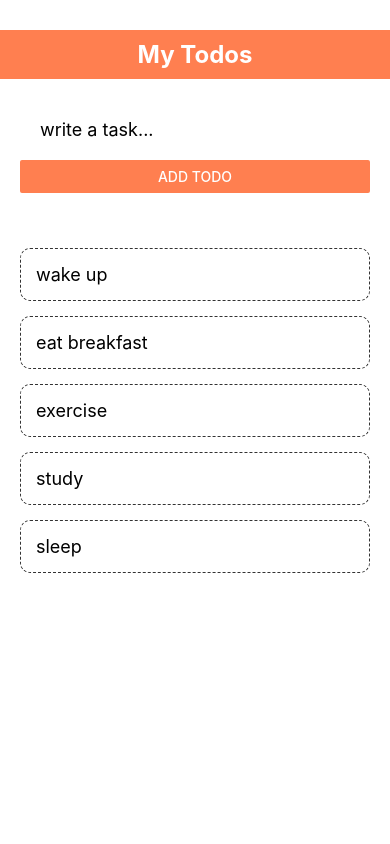
Repository: shiv0403/React-native-tutorial
Screen: /
The author's editor kept a copy of each file at every save. The screen is drawn from the files as they stood at one save, then again after the next save.
The app was drawn by React Native's web renderer in a window 390 px wide. The project was rebuilt for these pictures with package versions that can differ from the ones it lists, and the page was loaded fresh each time. Also part of the build but not shown: components/Flex.js.

Above is the screen before, as saved 2021-02-11 12:15:31.

After the next save:
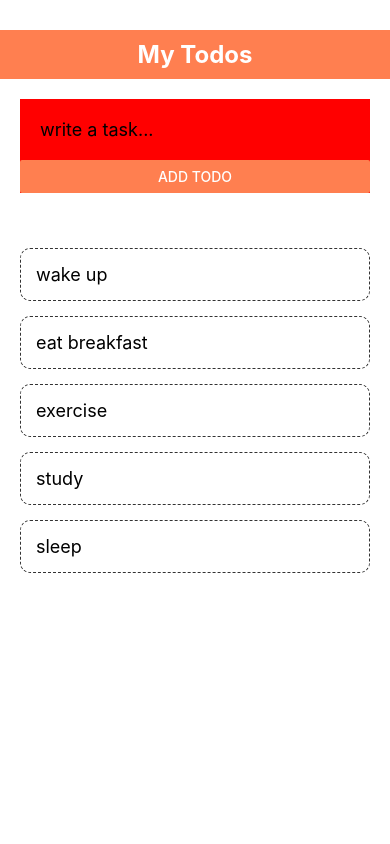
Saved 6 s later.
--- a/components/AddTodo.js
+++ b/components/AddTodo.js
@@ -28,6 +28,7 @@
 
 const styles = StyleSheet.create({
   addTodo: {
+    backgroundColor: "red",
     margin: 20,
   },
   input: {

After the save that followed:
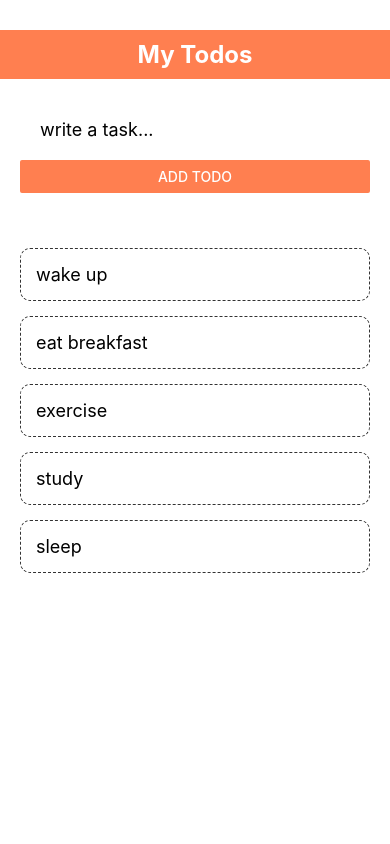
Saved 16 s later.
--- a/components/AddTodo.js
+++ b/components/AddTodo.js
@@ -28,7 +28,6 @@
 
 const styles = StyleSheet.create({
   addTodo: {
-    backgroundColor: "red",
     margin: 20,
   },
   input: {
